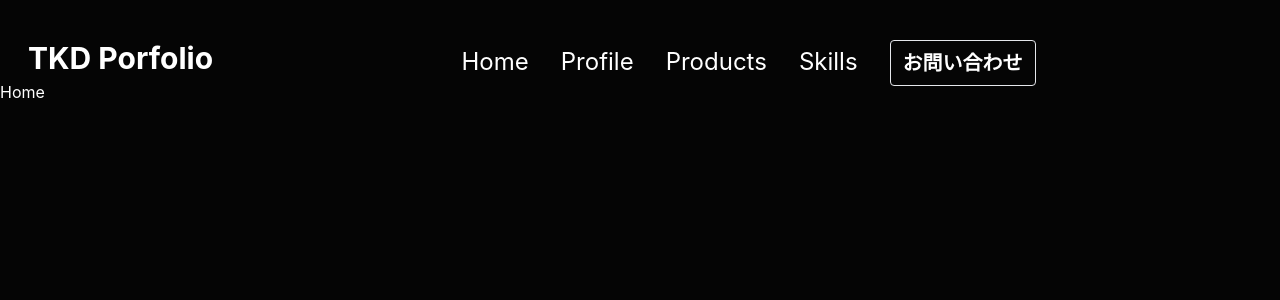
Repository: MitukiTakada/todo-aplication
Page: / (app in design/dev/react-tailwind/react-tailwind/)
An editor plug-in stored every save of this project. The page is shown before and after a run of saves, followed by the edit.
The browser window is 1280 px wide. The pictures show the whole page.
The project was rebuilt for these pictures with package versions that can differ from the ones it lists, and the page was loaded fresh each time. Also part of the build but not shown: design/dev/react-tailwind/react-tailwind/src/components/Products.jsx, design/dev/react-tailwind/react-tailwind/src/components/Profile.jsx, design/dev/react-tailwind/react-tailwind/src/components/Skills.jsx.

Above is the page before, as saved 2022-11-16 08:30:52.

After the next 2 saves:
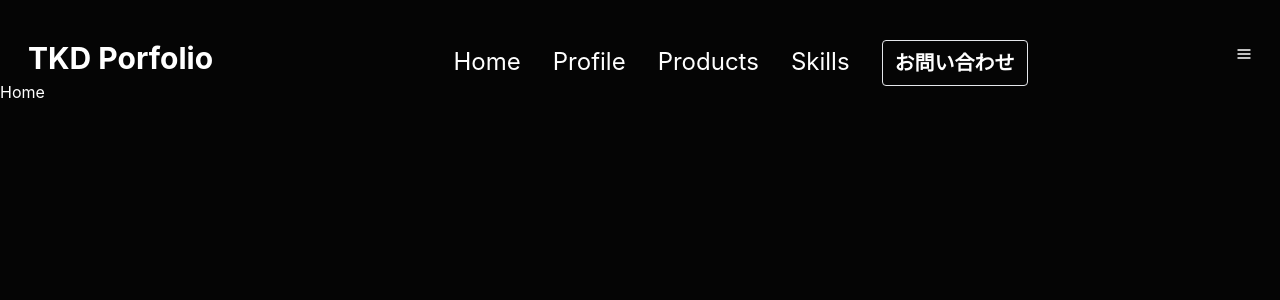
The 2 saves are shown as one change because 1 did not build or start.
The last was saved 10 s later.
--- a/design/dev/react-tailwind/react-tailwind/src/components/Header.jsx
+++ b/design/dev/react-tailwind/react-tailwind/src/components/Header.jsx
@@ -19,7 +19,7 @@ const Header = () => {
         </a>
       </nav>
       <div className="">
-
+        <HamburgerIcon />
       </div>
     </header>
   )
